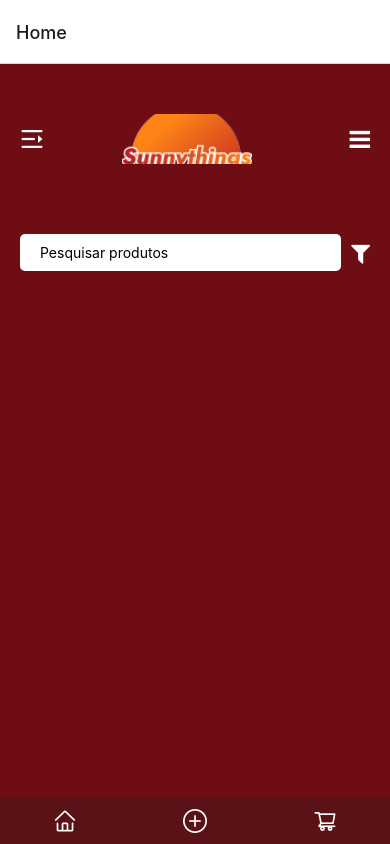
Repository: Luizzzin/SuperMercado
Screen: / (app in suny/)
The author's editor kept a copy of each file at every save. The screen is drawn from the files as they stood at one save, then again after the next save.
The app was drawn by React Native's web renderer in a window 390 px wide. The project was rebuilt for these pictures with package versions that can differ from the ones it lists, and the page was loaded fresh each time.

Above is the screen before, as saved 2024-05-09 11:21:25.

### suny/App.js
import React from 'react';
import { NavigationContainer } from '@react-navigation/native';
import { createStackNavigator } from '@react-navigation/stack';
import Routes from './routes'; // Importe o componente Routes

const Stack = createStackNavigator();

const App = () => {
  return <Routes />;
}

export default App;

### suny/routes.js
import React from 'react';
import { NavigationContainer } from '@react-navigation/native';
import { createStackNavigator } from '@react-navigation/stack';
import HomeScreen from './HomeScreen'; // Importe o componente HomeScreen

const Stack = createStackNavigator();

const Routes = () => {
  return (
    <NavigationContainer>
      <Stack.Navigator>
        <Stack.Screen name="Home" component={HomeScreen} />
        {/* Aqui você adicionaria outras telas */}
      </Stack.Navigator>
    </NavigationContainer>
  );
}

export default Routes;

### suny/HomeScreen.js
import React from 'react';
import { View, Text, StyleSheet, TouchableOpacity, TextInput, Image, ScrollView } from 'react-native';
import { AntDesign, FontAwesome } from '@expo/vector-icons'; // Certifique-se de instalar o pacote expo-vector-icons

const HomeScreen = () => {
  return (
    <View style={styles.container}>
      {/* Header */}
      <View style={styles.header}>
        <TouchableOpacity onPress={() => console.log("Menu clicked")}>
          <AntDesign name="menu-fold" size={24} color="white" />
        </TouchableOpacity>
        <Image source={require('./path/to/your/logo.png')} style={styles.logo} />
        <TouchableOpacity onPress={() => console.log("Hamburger clicked")}>
          <FontAwesome name="bars" size={24} color="white" />
        </TouchableOpacity>
      </View>

      {/* Search Bar */}
      <View style={styles.searchBar}>
        <TextInput
          style={styles.input}
          placeholder="Pesquisar produtos"
        />
        <TouchableOpacity onPress={() => console.log("Filter clicked")}>
          <FontAwesome name="filter" size={24} color="white" />
        </TouchableOpacity>
      </View>

      {/* Category Carousel */}
      <ScrollView horizontal style={styles.carousel}>
        {/* Render your 7 category images here */}
      </ScrollView>

      {/* Product Cards */}
      <ScrollView style={styles.productContainer}>
        {/* Render your product cards here */}
      </ScrollView>

      {/* Tab Bar */}
      <View style={styles.tabBar}>
        <TouchableOpacity onPress={() => console.log("Home clicked")} style={styles.tabItem}>
          <AntDesign name="home" size={24} color="white" />
        </TouchableOpacity>
        <TouchableOpacity onPress={() => console.log("Add clicked")} style={styles.tabItem}>
          <AntDesign name="pluscircleo" size={24} color="white" />
        </TouchableOpacity>
        <TouchableOpacity onPress={() => console.log("Cart clicked")} style={styles.tabItem}>
          <AntDesign name="shoppingcart" size={24} color="white" />
        </TouchableOpacity>
      </View>
    </View>
  );
}

const styles = StyleSheet.create({
  container: {
    flex: 1,
    backgroundColor: '#6F0D15',
  },
  header: {
    flexDirection: 'row',
    justifyContent: 'space-between',
    alignItems: 'center',
    paddingHorizontal: 20,
    paddingTop: 50,
  },
  logo: {
    width: 130,
    height: 50,
    right: 10,
  },
  searchBar: {
    flexDirection: 'row',
    alignItems: 'center',
    paddingHorizontal: 20,
    marginTop: 70,
  },
  input: {
    flex: 1,
    backgroundColor: 'white',
    borderRadius: 5,
    paddingVertical: 10,
    paddingHorizontal: 20,
    marginRight: 10,
  },
  carousel: {
    marginTop: 20,
    paddingHorizontal: 20,
    marginBottom: 20,
  },
  productContainer: {
    paddingHorizontal: 20,
  },
  tabBar: {
    flexDirection: 'row',
    justifyContent: 'space-around',
    backgroundColor: '#5A1217',
    paddingVertical: 10,
  },
  tabItem: {
    flex: 1,
    alignItems: 'center',
  },
});

export default HomeScreen;

After the next save:
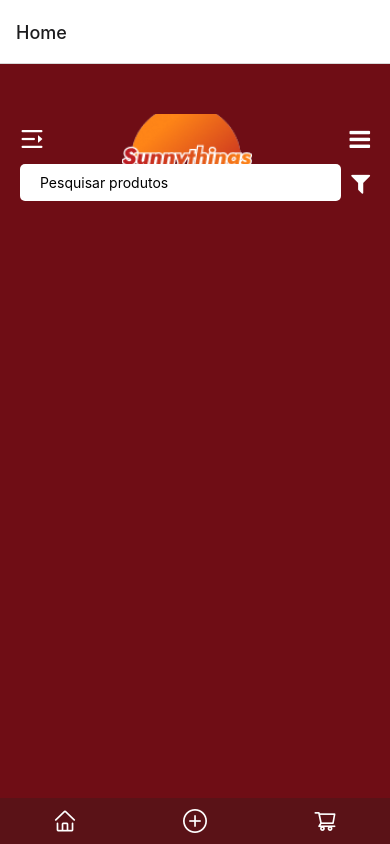
Saved 14 s later.
--- a/suny/HomeScreen.js
+++ b/suny/HomeScreen.js
@@ -74,7 +74,7 @@
     flexDirection: 'row',
     alignItems: 'center',
     paddingHorizontal: 20,
-    marginTop: 70,
+    marginTop: 0,
   },
   input: {
     flex: 1,
